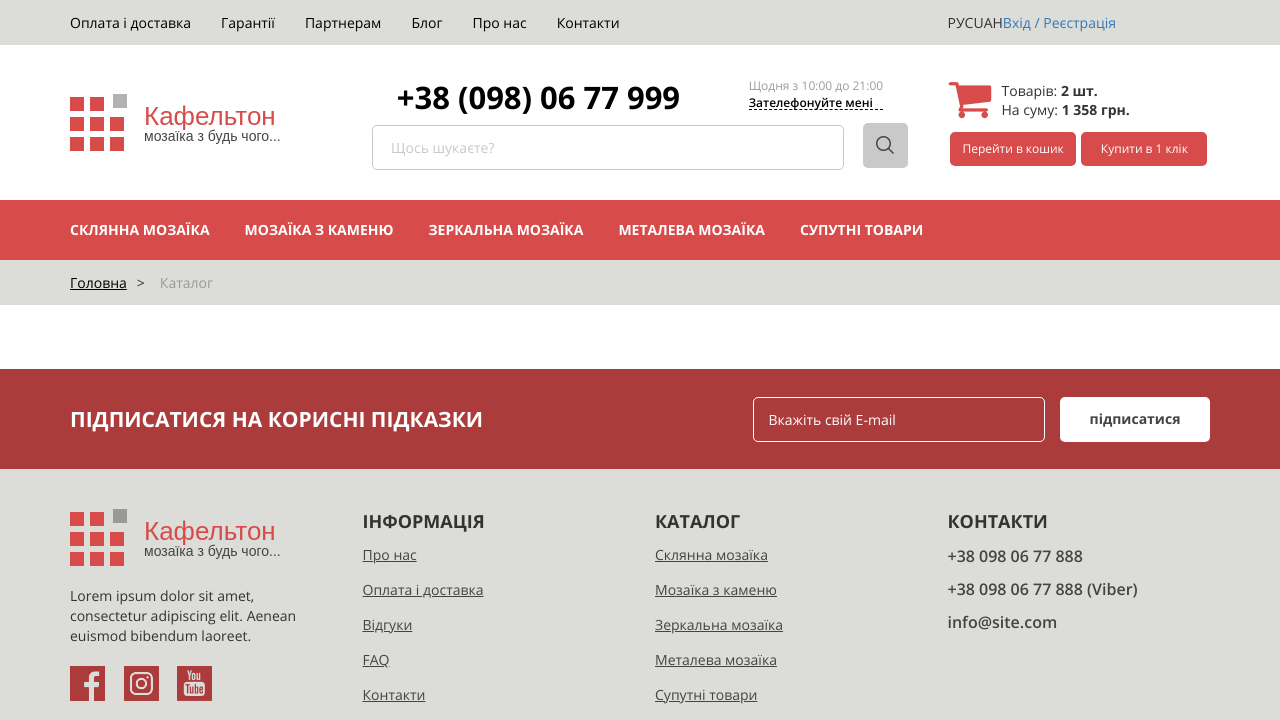
Repository: zellenka/mozaika
Page: app/index.html
These files come from the project's save history. The page is drawn as it stood at one moment and after the next save; the edit follows.
The browser window is 1280 px wide. The pictures show the whole page.
Some web fonts or font styles are not loaded; a fallback is used. The style sheet was rebuilt from its Sass, Less or Tailwind sources for each picture, by a compiler version that may differ from the author's.

Above is the page before, as saved 2018-07-13 16:30:02.
Console error (its wording comes from the project's code and is left out).

After the next save:
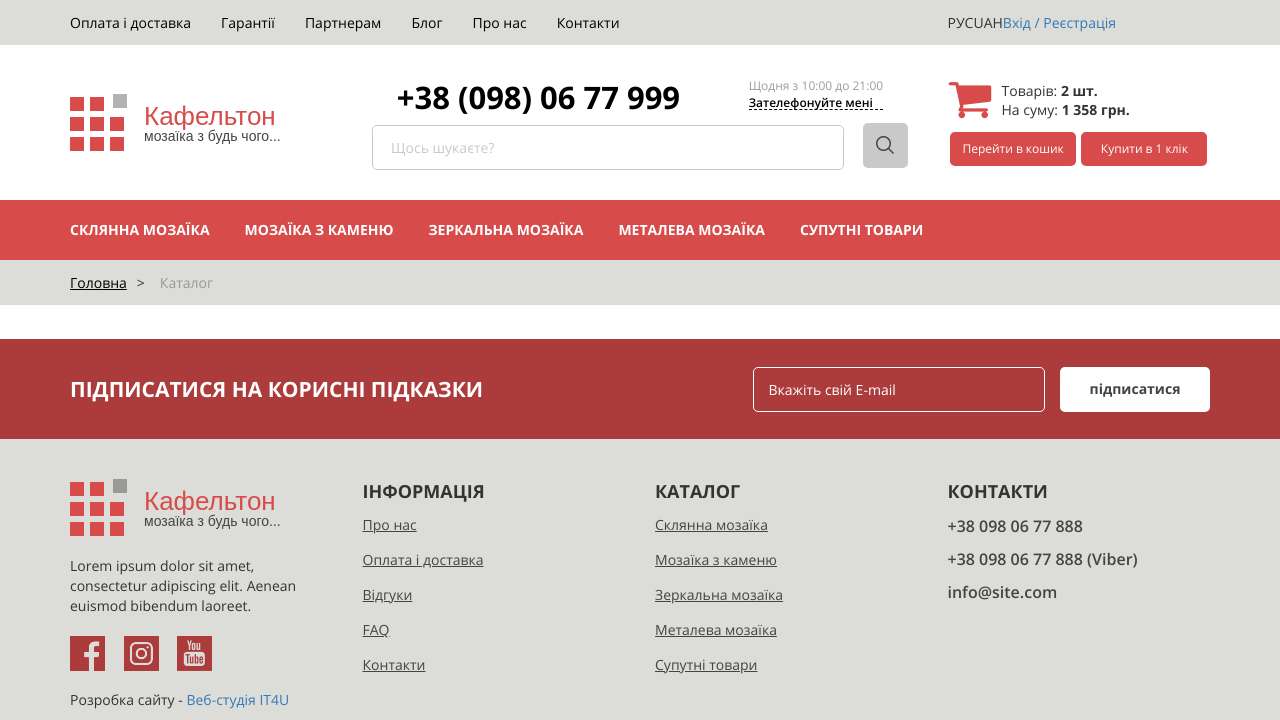
Saved 2 min 5 s later.
--- a/app/index.html
+++ b/app/index.html
@@ -174,6 +174,13 @@
 
 
 		</div>
+		<div class="container">
+			<div class="row">
+				<div class="col-md-12 footer-sub">
+					<p>Розробка сайту - <a href="/">Веб-студія IT4U</a></p>
+				</div>
+			</div>
+		</div>
 	</footer>
 
 
